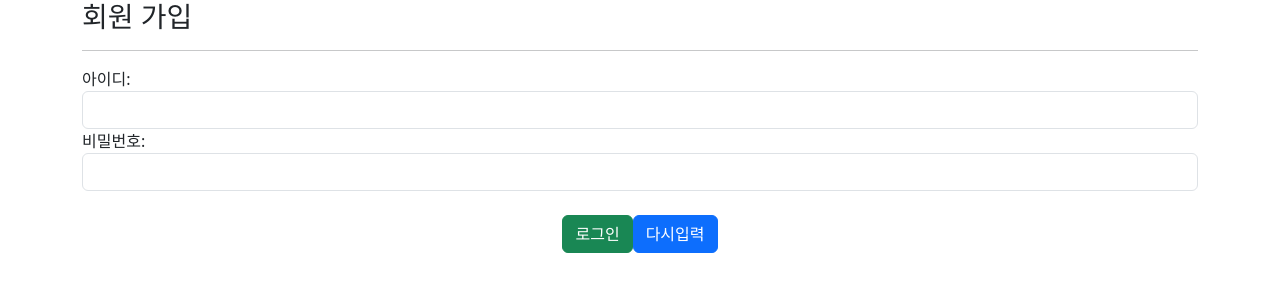
Repository: papepopopy/javascript
Page: http://localhost/webjsp/ex01/sample06/LoginFilter.jsp
The author's editor kept a copy of each file at every save. The page is drawn from the files as they stood at one save, then again after the next save.
The browser window is 1280 px wide. The pictures show the whole page.
The page is served by Tomcat 9. Nobody is signed in. The application's start-up code is not run.

Above is the page before, as saved 2024-07-01 03:22:04.

After the next save:
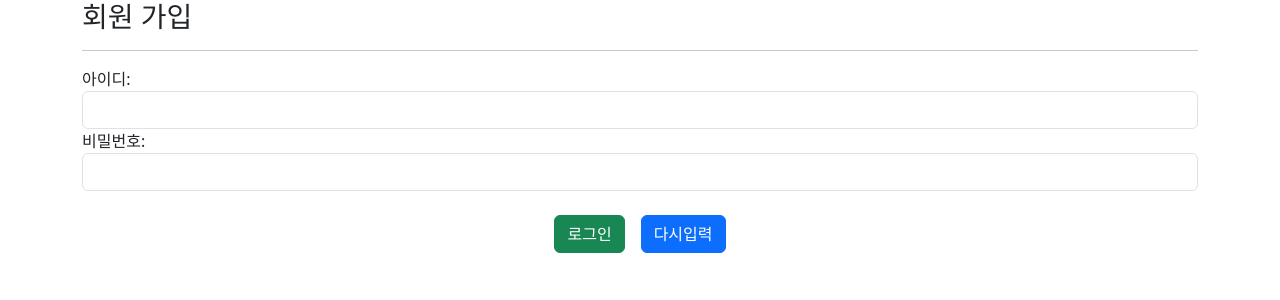
Saved 15 s later.
--- a/jspStudy/jspStudy/webjsp/src/main/webapp/ex01/sample06/LoginFilter.jsp
+++ b/jspStudy/jspStudy/webjsp/src/main/webapp/ex01/sample06/LoginFilter.jsp
@@ -8,7 +8,7 @@
 <title>Insert title here</title>
 <style>
 	.rbtn {
-	marging-right: 1em;
+	margin-right: 1em;
 	}
 </style>
 </head>
